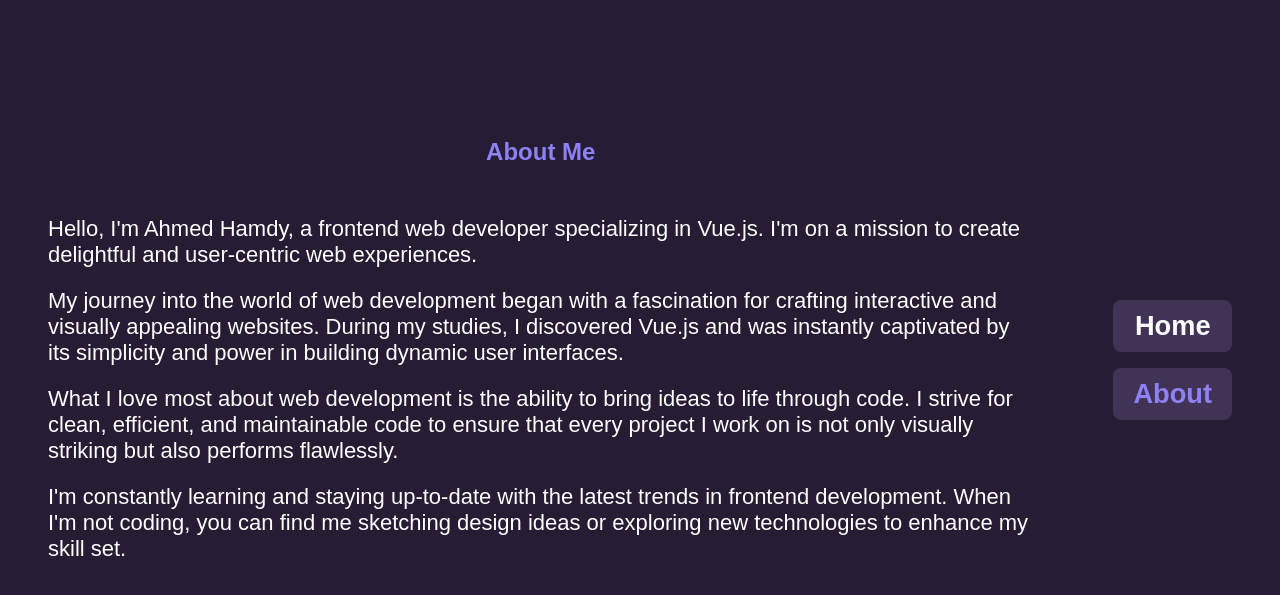
Repository: ahamdy997/portfolio
Page: /about
The author's editor kept a copy of each file at every save. The page is drawn from the files as they stood at one save, then again after the next save.
The browser window is 1280 px wide. The pictures show the whole page.
The project was rebuilt for these pictures with package versions that can differ from the ones it lists, and the page was loaded fresh each time. Also part of the build but not shown: vue.config.js, src/components/HelloWorld.vue, src/views/HomeView.vue.

Above is the page before, as saved 2023-11-05 22:59:20.

After the next save:
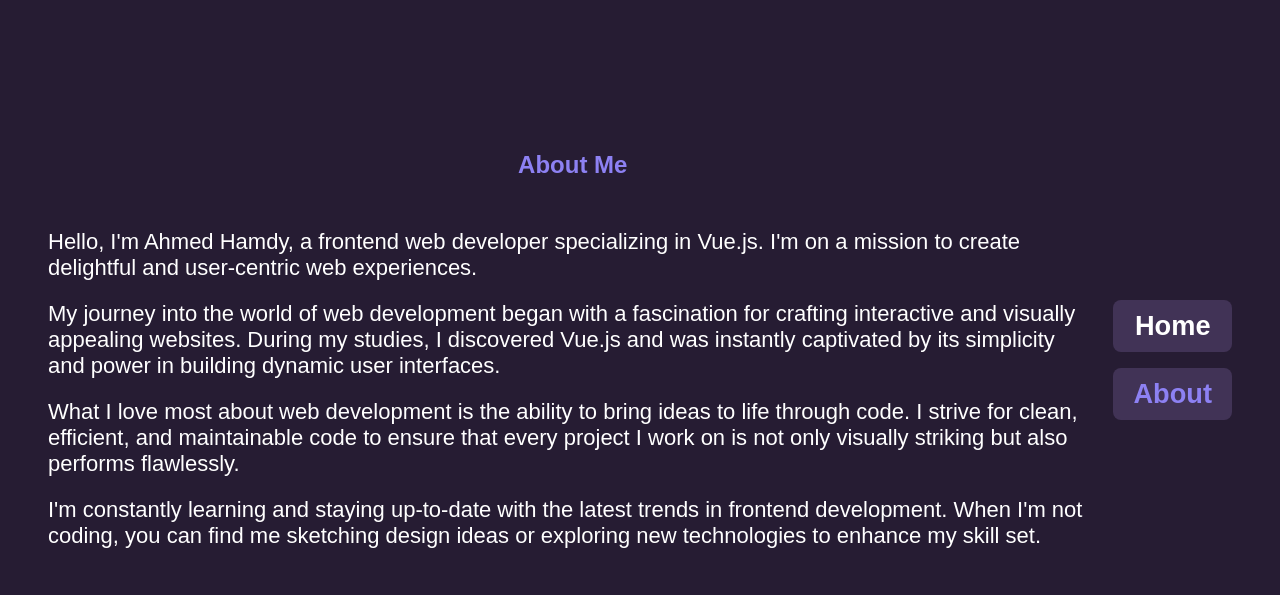
Saved 60 s later.
--- a/src/App.vue
+++ b/src/App.vue
@@ -29,7 +29,7 @@
   align-items: center;
   justify-content: space-between;
   padding: 3rem;
-  gap: 5rem;
+  gap: 1rem;
   width: 100%;
 }
 header {
